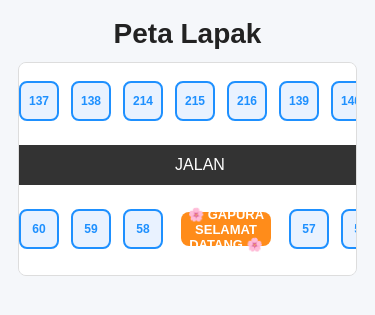
Repository: pasarrakyatbak/denah
Page: index.html
The author's editor kept a copy of each file at every save. The page is drawn from the files as they stood at one save, then again after the next save.
The browser window is 375 px wide. The pictures show the whole page.

Above is the page before, as saved 2025-09-19 08:26:34.

### index.html
<!DOCTYPE html>
<html lang="id">

<head>
    <meta charset="utf-8" />
    <meta name="viewport" content="width=device-width,initial-scale=1" />
    <title>Peta Lapak</title>
    <link rel="stylesheet" href="style.css" />
</head>

<body>
    <h1>Peta Lapak</h1>

    <div class="scroll-container">
        <div class="h-inner">
            <!-- Baris atas: sisi kanan -->
            <div class="row top" id="right-side"></div>

            <!-- Jalan horizontal -->
            <div class="road" id="road">JALAN</div>

            <!-- Baris bawah: sisi kiri -->
            <div class="row bottom" id="left-side"></div>
        </div>
    </div>

    <script src="script.js"></script>
</body>

</html>

### style.css
/* reset */
* {
    box-sizing: border-box;
    margin: 0;
    padding: 0;
}

body {
    font-family: Arial, Helvetica, sans-serif;
    background: #f5f7fa;
    color: #222;
    padding: 18px;
    text-align: center;
}

/* judul */
h1 {
    margin-bottom: 12px;
    font-size: 28px;
}

/* kontainer scroll HORIZONTAL */
.scroll-container {
    position: relative;
    width: 100%;
    overflow-x: auto;
    /* horizontal scroll */
    overflow-y: hidden;
    border: 1px solid #ddd;
    background: #fff;
    border-radius: 8px;
    padding: 12px;
}

/* inner yang lebarnya disesuaikan (min-width: max-content supaya tidak ter-compress) */
.h-inner {
    display: flex;
    flex-direction: column;
    /* top row, road, bottom row */
    gap: 18px;
    align-items: flex-start;
    /* agar row tidak ter-stretch */
    min-width: max-content;
    /* sangat penting supaya horizontal scroll bekerja penuh */
    padding-bottom: 8px;
}

/* baris lapak (atas & bawah) */
.row {
    display: flex;
    gap: 12px;
    align-items: center;
    min-width: max-content;
    /* pastikan tidak dipotong */
    padding: 6px 0;
}

/* tampilan kotak lapak */
.lapak {
    width: 60px;
    height: 60px;
    border-radius: 8px;
    background: #e9f2ff;
    border: 2px solid #1e90ff;
    color: #1e90ff;
    font-weight: 700;
    display: flex;
    align-items: center;
    justify-content: center;
    user-select: none;
}

/* jalan horizontal (akan di-set lebarnya lewat JS supaya sejajar dengan row terpanjang) */
.road {
    height: 40px;
    background: #333;
    color: #fff;
    display: flex;
    align-items: center;
    justify-content: center;
    border-radius: 8px;
    padding: 0 10px;
    min-width: max-content;
}

/* gerbang (kotak orange) */
.jalan-gerbang {
    width: 120px;
    height: 40px;
    background: #ff8c1a;
    color: white;
    display: flex;
    align-items: center;
    justify-content: center;
    border-radius: 8px;
    font-weight: 700;
    margin-left: 6px;
    margin-right: 6px;
}

/* responsive: ukuran kotak lapak kecil di layar sempit */
@media (max-width: 900px) {
    .lapak {
        width: 50px;
        height: 50px;
    }

    .jalan-gerbang {
        width: 100px;
        height: 36px;
    }
}

@media (max-width: 480px) {
    .lapak {
        width: 40px;
        height: 40px;
        font-size: 12px;
    }

    .jalan-gerbang {
        width: 90px;
        height: 34px;
        font-size: 13px;
    }

    .gapura {
        text-align: center;
        font-weight: bold;
        background: #ffcc00;
        color: #333;
        padding: 10px;
        margin: 8px 0;
        border-radius: 6px;
        width: fit-content;
        position: absolute;
        top: 50%;
        /* sesuaikan posisi vertikal */
        left: 50%;
        /* posisi horizontal awal */
        transform: translate(-50%, -50%);
        z-index: 10;
    }


}

### script.js
// === data nomor (sudah Anda berikan) ===
const leftNumbers = [
    1, 2, 3, 4, 5, 6, 7, 8, 9, 10, 11,
    15, 16, 17, 18, 19, 20, 21, 22, 23, 24, 25, 26, 27, 28, 29, 30,
    31, 32, 33, 34, 35, 36, 37, 38, 39, 40, 41, 42, 43, 44, 45, 46, 47, 48, 49, 50,
    51, 52, 53, 54, 55, 56, 57, 58, 59, 60, 61, 62, 63, 64, 65, 66, 67, 68, 69, 70,
    71, 72, 73, 74, 75, 76, 77, 78, 79, 80, 81, 82, 83, 84, 85, 86, 87, 88, 89, 90,
    91, 92, 93, 94, 95, 96, 97, 98, 99, 100, 101, 102, 103, 104,
    186, 187, 188, 189, 190, 191, 192, 193
];

const rightNumbers = [
    194, 195, 196, 197, 198, 199, 200, 201, 202, 203, 204, 205, 206, 207, 208, 209, 210, 211, 212, 213,
    105, 106, 107, 108, 109, 110, 111, 112, 113, 114, 115, 116, 117, 118, 119, 120, 121, 122, 123, 124,
    125, 126, 127, 128, 129, 130, 131, 132, 133, 134, 135, 136, 137, 138,
    214, 215, 216,
    139, 140, 141, 142, 143, 144, 145, 146, 147, 148, 149, 150, 151, 152, 153, 154, 155, 156, 157, 158, 159, 160,
    161, 162, 163, 164, 165, 166, 167, 168, 169, 170, 171, 172, 173, 174, 175, 176, 177, 178, 179, 180,
    181, 182, 183, 184, 185
];
// cari elemen
const rightSide = document.getElementById('right-side');
const leftSide = document.getElementById('left-side');
const road = document.getElementById('road');
const hInner = document.querySelector('.h-inner');
const scrollContainer = document.querySelector('.scroll-container');

// fungsi buat kotak lapak
function makeLapak(num) {
    const d = document.createElement('div');
    d.className = 'lapak';
    d.textContent = num;
    return d;
}

// Render:
// kanan = urutan asli
rightNumbers.forEach(n => rightSide.appendChild(makeLapak(n)));

// kiri = dibalik
leftNumbers.slice().reverse().forEach(n => leftSide.appendChild(makeLapak(n)));

// Sisipkan "Gerbang Sekolah" di sisi kiri
function insertGerbangBetween(parent, a, b, label = 'Gerbang Sekolah') {
    const children = Array.from(parent.children);
    const idxA = children.findIndex(c => c.textContent == String(a));
    const idxB = children.findIndex(c => c.textContent == String(b));
    if (idxA === -1 || idxB === -1) return;
    const insertAfterIndex = Math.min(idxA, idxB);
    const refNode = parent.children[insertAfterIndex + 1] || null;
    const g = document.createElement('div');
    g.className = 'jalan-gerbang';
    g.textContent = label;
    parent.insertBefore(g, refNode);
}

// Contoh gerbang di sisi kiri
insertGerbangBetween(leftSide, 57, 58, '🌸 GAPURA SELAMAT DATANG 🌸');

// Sesuaikan lebar jalan & scroll
function adjustRoadAndWidth() {
    const wTop = rightSide.scrollWidth;
    const wBottom = leftSide.scrollWidth;
    const maxW = Math.max(wTop, wBottom);

    hInner.style.minWidth = (maxW + 40) + 'px';
    road.style.width = maxW + 'px';

    const containerW = scrollContainer.clientWidth;
    scrollContainer.scrollLeft = Math.max(0, (maxW - containerW) / 2);
}

adjustRoadAndWidth();
window.addEventListener('resize', () => {
    clearTimeout(window._adjustTimeout);
    window._adjustTimeout = setTimeout(adjustRoadAndWidth, 120);
});

After the next save:
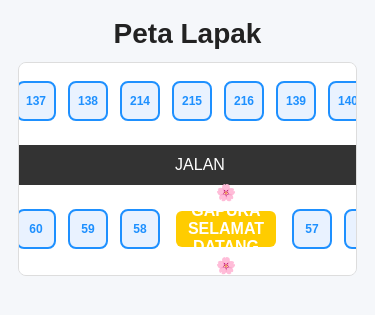
Saved 10 s later.
--- a/style.css
+++ b/style.css
@@ -119,9 +119,12 @@ h1 {
     }
 
     .jalan-gerbang {
-        width: 90px;
-        height: 34px;
-        font-size: 13px;
+        background: #ffcc00;
+        padding: 6px 12px;
+        border-radius: 6px;
+        font-weight: bold;
+        text-align: center;
+        margin: 0 4px;
     }
 
     .gapura {
